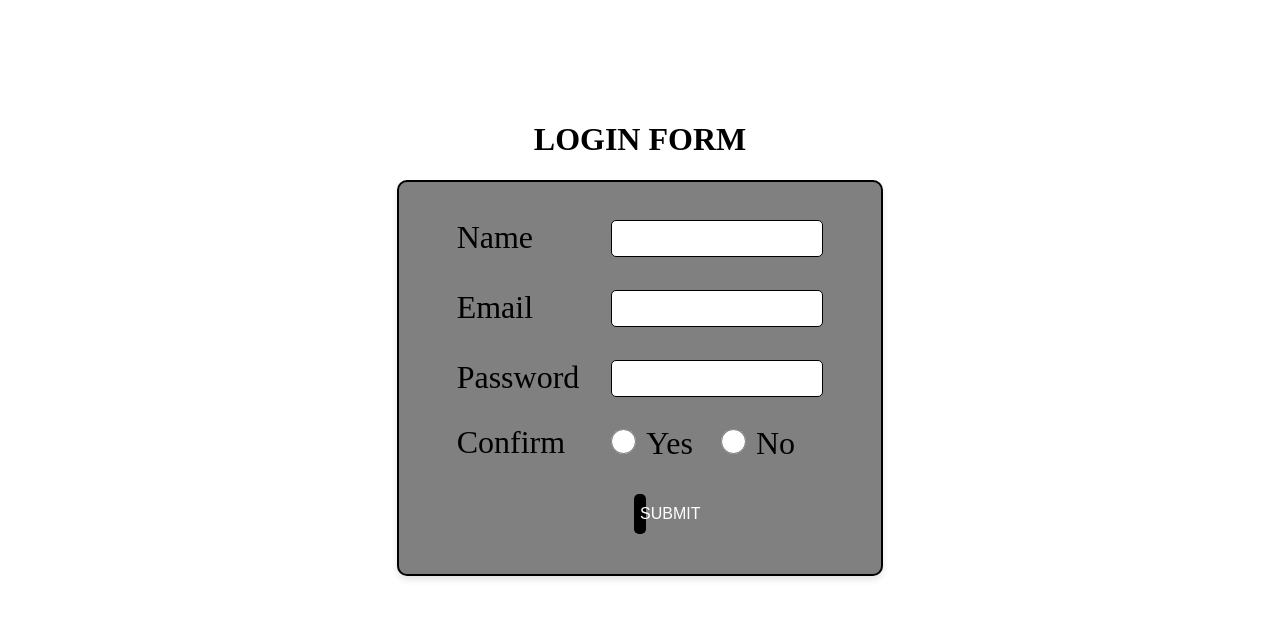
Repository: obusakthi539/Loginform
Page: Form.html
These files come from the project's save history. The page is drawn as it stood at one moment and after a run of saves; the edit follows.
The browser window is 1280 px wide. The pictures show the whole page.

Above is the page before, as saved 2025-01-11 14:29:09.

After the next 2 saves:
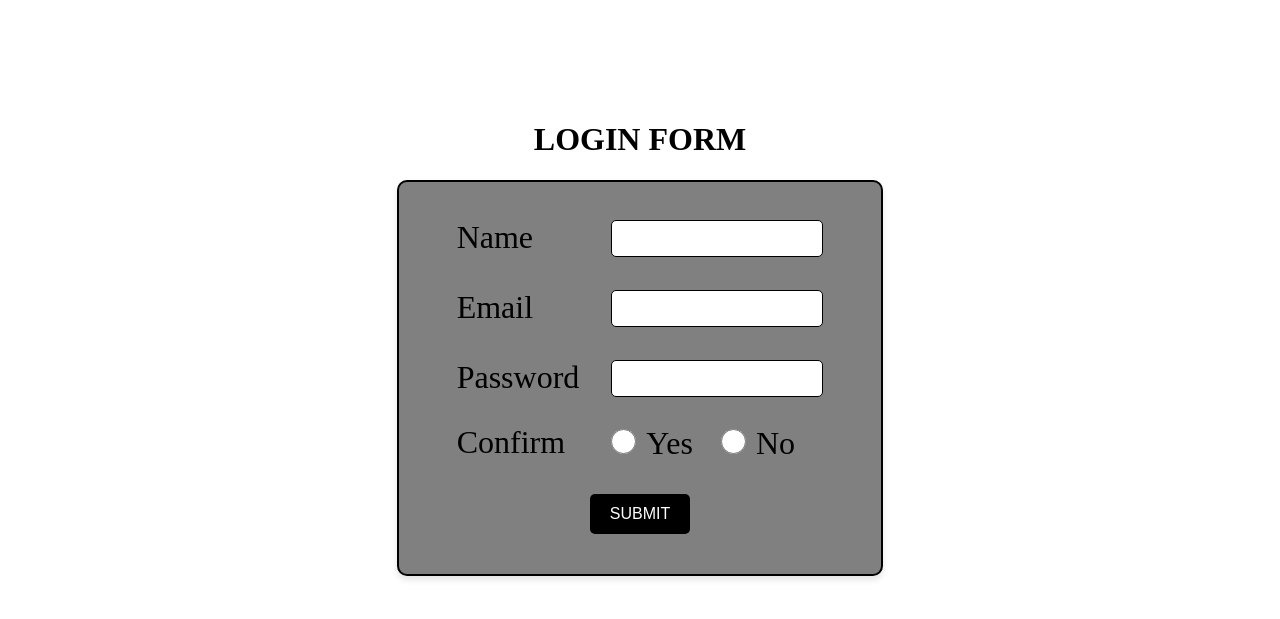
The 2 saves are shown as one change because they came seconds apart.
The last was saved 10 s later.
--- a/Form.html
+++ b/Form.html
@@ -39,7 +39,7 @@
         button {
             display: block;
             margin: 20px auto;
-            width: 0px;
+            width: 100px;
             height: 40px;
             background-color: black;
             color: white;
